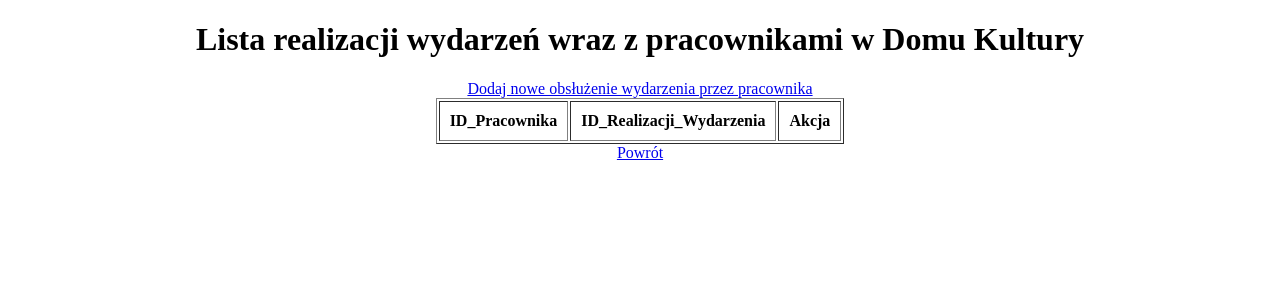
Repository: marcinRuta/houseOfCulture-crud-webapp-database
Page: http://localhost/obslugiwanie_wydarzenia
These files come from the project's save history. The page is drawn as it stood at one moment and after the next save; the edit follows.
The browser window is 1280 px wide. The pictures show the whole page.
The page is this project's Thymeleaf template; nobody is signed in. The template is opened directly, without the code that normally fills it, so the values that code supplies are empty.

Above is the page before, as saved 2021-01-10 00:43:04.

After the next save:
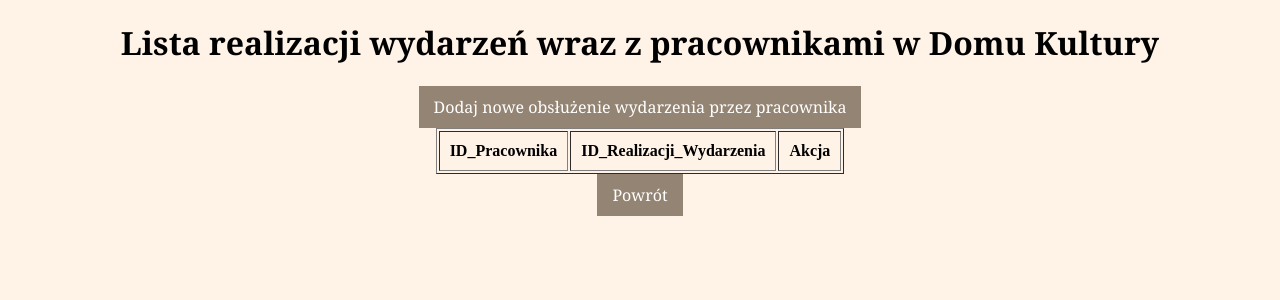
Saved 34 h 33 min later.
--- a/DomKultury/src/main/resources/templates/obslugiwanie_wydarzenia.html
+++ b/DomKultury/src/main/resources/templates/obslugiwanie_wydarzenia.html
@@ -2,6 +2,7 @@
 <html xmlns="http://www.w3.org/1999/xhtml"
 	xmlns:th="http://www.thymeleaf.org">
 <head>
+<link rel="stylesheet" href="../static/css/tabele.css" th:href="@{/css/tabele.css}" >
 <meta charset="UTF-8">
 <title>Aplikacja do obsługi Domu Kultury</title>
 </head>
